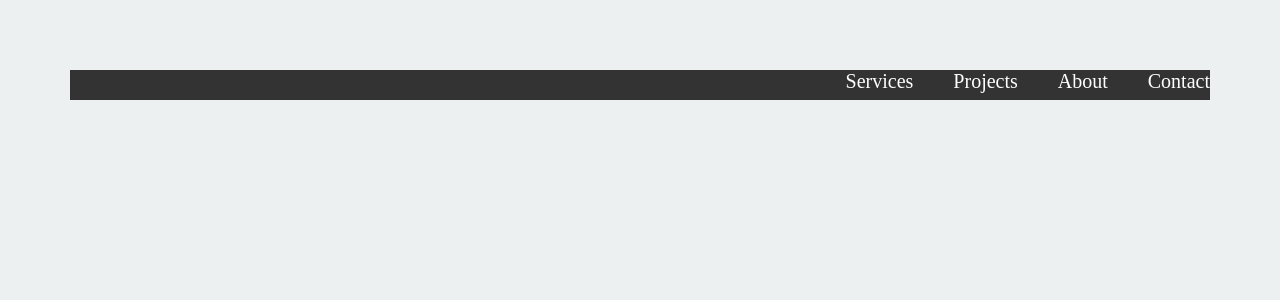
Repository: arifshahriyarnader/css-flexbox
Page: Exercise 1/index.html
These files come from the project's save history. The page is drawn as it stood at one moment and after a run of saves; the edit follows.
The browser window is 1280 px wide. The pictures show the whole page.

Above is the page before, as saved 2024-06-15 15:57:40.

### Exercise 1/index.html
<!DOCTYPE html>
<html lang="en">
<head>
    <meta charset="UTF-8">
    <meta name="viewport" content="width=device-width, initial-scale=1.0">
    <title>Navbar Using Flexbox</title>
    <link rel="stylesheet" href="css/style.css">
</head>
<body>
   <nav class="menubar_sec">
       <div class="leftmenu_link">
            <ul>
                <li><a href="#">Services</a></li>
                <li><a href="#">Projects</a></li>
                <li><a href="#">About</a></li>
                <li><a href="#">Contact</a></li>
            </ul>
           </div>
   </nav>
</body>
</html>

### Exercise 1/css/style.css
*{
    margin: 0px;
    padding: 0px;
}

ul{
    list-style: none;
}
a{
    text-decoration: none;
}
body{
    background-color: #ECF0F1;
}
.menubar_sec{
    background-color:#333333;
    min-height: 30px;
    margin: 70px;
    display:flex;
    justify-content: flex-end;
    /* padding:20px 80px 20px 0px; */
}

.leftmenu_link ul{
    display: flex;
    gap:40px;
    /* padding:40px 80px 0px 40px; */

}

.leftmenu_link ul li a{
    color:#fff;
    font-size:20px;
    cursor: pointer;
}

After the next 2 saves:
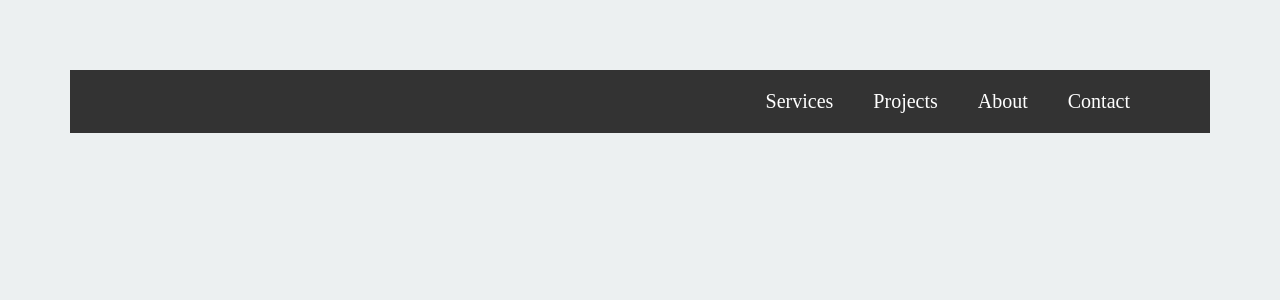
The 2 saves are shown as one change because they came seconds apart.
The last was saved 9 s later.
--- a/Exercise 1/css/style.css
+++ b/Exercise 1/css/style.css
@@ -24,7 +24,7 @@ body{
 .leftmenu_link ul{
     display: flex;
     gap:40px;
-    /* padding:40px 80px 0px 40px; */
+    padding:20px 80px 20px 0px;
 
 }
 
